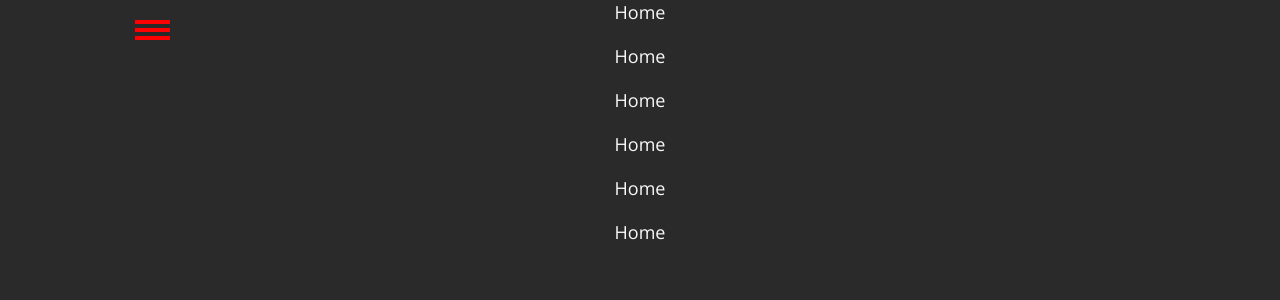
Repository: BaczkiewiczDawid/WorkER
Page: index.html
The author's editor kept a copy of each file at every save. The page is drawn from the files as they stood at one save, then again after the next save.
The browser window is 1280 px wide. The pictures show the whole page.
The style sheet was rebuilt from its Sass, Less or Tailwind sources for each picture, by a compiler version that may differ from the author's.

Above is the page before, as saved 2020-04-22 13:10:33.

### index.html
<!DOCTYPE html>
<head>
    <meta charset="UTF-8">
    <meta name="viewport" content="width=device-width, initial-scale=1.0">
    <link href="https://fonts.googleapis.com/css?family=Open+Sans:300,400,600,700,800&display=swap" rel="stylesheet">
    <link rel="stylesheet" href="styles/style.css">
    <title>Document</title>
</head>
<body>
    <nav>
        <h1 class="nav__logo">WorkER</h1>
        <div class="nav__hamburger">
            <span class="hamburger__box">
                <span class="hamburger__inner"></span>
            </span>
            <div class="hamburger__navigation">
                <ul class="navigation__list">
                    <li class="navigation__item"><a href="#">Home</a></li>
                    <li class="navigation__item"><a href="#">Home</a></li>
                    <li class="navigation__item"><a href="#">Home</a></li>
                    <li class="navigation__item"><a href="#">Home</a></li>
                    <li class="navigation__item"><a href="#">Home</a></li>
                    <li class="navigation__item"><a href="#">Home</a></li>
                </ul>
            </div>
        </div>
    </nav>
    <script src="scripts/app.js"></script>
</body>

### styles/style.scss
*, *::before, *::after  {
    margin: 0;
    padding: 0;
    box-sizing: border-box;
}
@mixin hamburger-line {
    width: 100%;
    height: 4px;
    background-color: red;
    position: absolute;
    left: 0;
    top: 50%;
    transition: .25s;
    z-index: 2;
}
body, html {
    font-family: 'Open sans', sans-serif;
}
nav {
    display: flex;
    flex-direction: row;
    .nav__logo {
        display: flex;
        color: #2a2a2a;
        padding: 1rem;
    }
    .nav__hamburger {
        padding: 10px;
        display: flex;
        cursor: pointer;
        background-color: transparent;
        border: none;
        margin: 0;
        transition: .25s;
        z-index: 2;
        top: 0;
        right: 0;
        .hamburger__box {
            width: 35px;
            height: 35px;
            display: inline-block;
            position: relative;
            transition: .25s;
            .hamburger__inner {
                @include hamburger-line;
            }
            .hamburger__inner::before, .hamburger__inner::after {
                @include hamburger-line;
                content: '';
            }
            .hamburger__inner::before {
                top: -8px;
            }
            .hamburger__inner::after {
                top: 8px;
            }
        };
        .hamburger__navigation {
            height: 100vh;
            width: 100vw;
            background: #2a2a2a;
            position: absolute;
            top: 0;
            left: 0;
            z-index: 1;
            .navigation__list {
                list-style: none;
                vertical-align: middle;
                .navigation__item {
                    display: flex;
                    justify-content: center;
                    text-align: center;
                    margin-bottom: 20px;
                    a {
                        text-decoration: none;
                        font-size: 18px;
                        color: #fafafa;
                    }
                }
            }
        }
    }
}

Loaded but not shown: scripts/app.js (no copy from this time; the picture is the same without it)

After the next save:
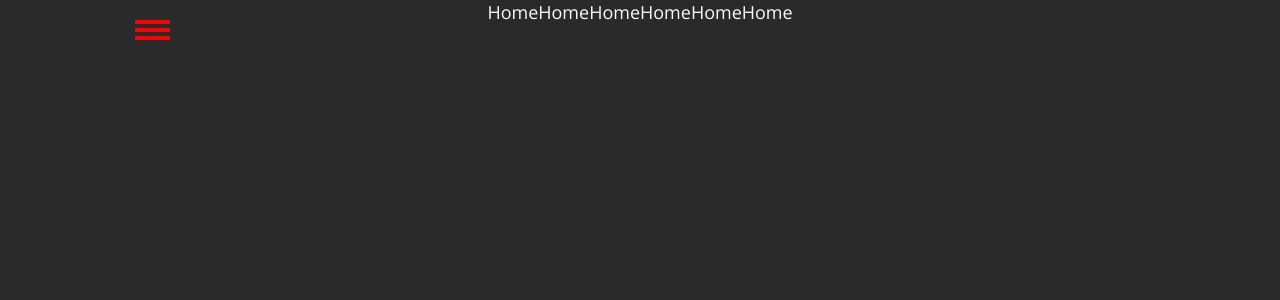
Saved 5 s later.
--- a/styles/style.scss
+++ b/styles/style.scss
@@ -66,10 +66,10 @@
             .navigation__list {
                 list-style: none;
                 vertical-align: middle;
+                display: flex;
+                justify-content: center;
+                text-align: center;
                 .navigation__item {
-                    display: flex;
-                    justify-content: center;
-                    text-align: center;
                     margin-bottom: 20px;
                     a {
                         text-decoration: none;

After the save that followed:
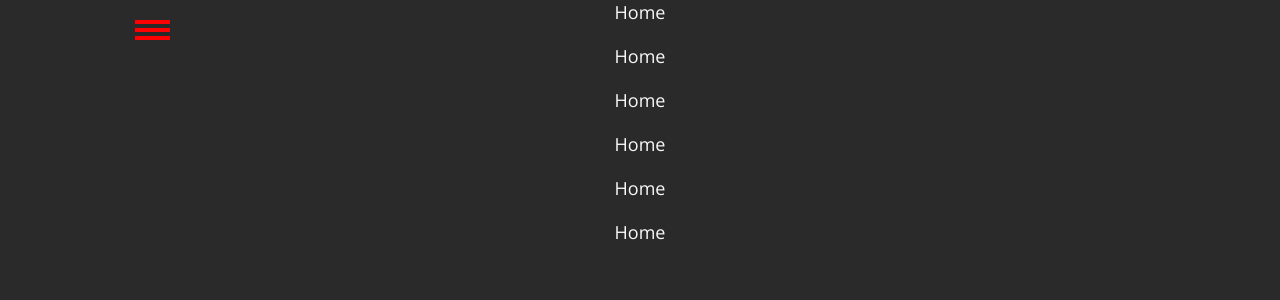
Saved 6 s later.
--- a/styles/style.scss
+++ b/styles/style.scss
@@ -66,10 +66,10 @@
             .navigation__list {
                 list-style: none;
                 vertical-align: middle;
-                display: flex;
-                justify-content: center;
-                text-align: center;
                 .navigation__item {
+                    display: flex;
+                    justify-content: center;
+                    text-align: center;
                     margin-bottom: 20px;
                     a {
                         text-decoration: none;
